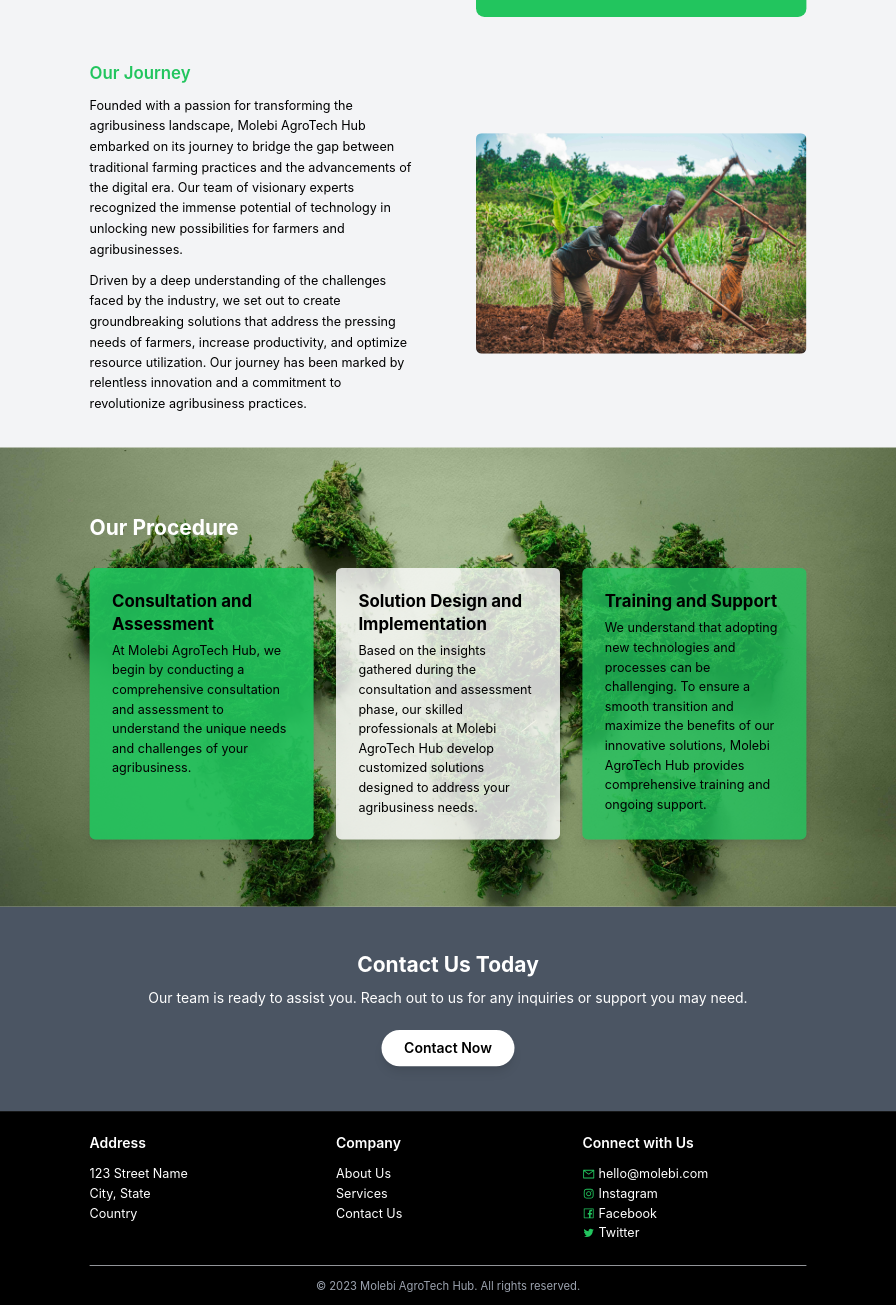
Repository: akinolapo/agric-tech
Page: /about
An editor plug-in stored every save of this project. The page is shown before and after the next save, followed by the edit.
The browser window is 1280 px wide. The pictures show the part of the page from y = 976 to 2896 px (the page is 2840 px tall before and 2896 px after), at 70% of full size.
The project was rebuilt for these pictures with package versions that can differ from the ones it lists, and the page was loaded fresh each time. Also part of the build but not shown: src/components/Hero.jsx, src/components/ImageText.jsx, src/components/TwoColumnMasonry.jsx, src/components/TwoColumnComponent.jsx, src/App.jsx.

Above is the page before, as saved 2023-05-28 20:43:33.

After the next save:
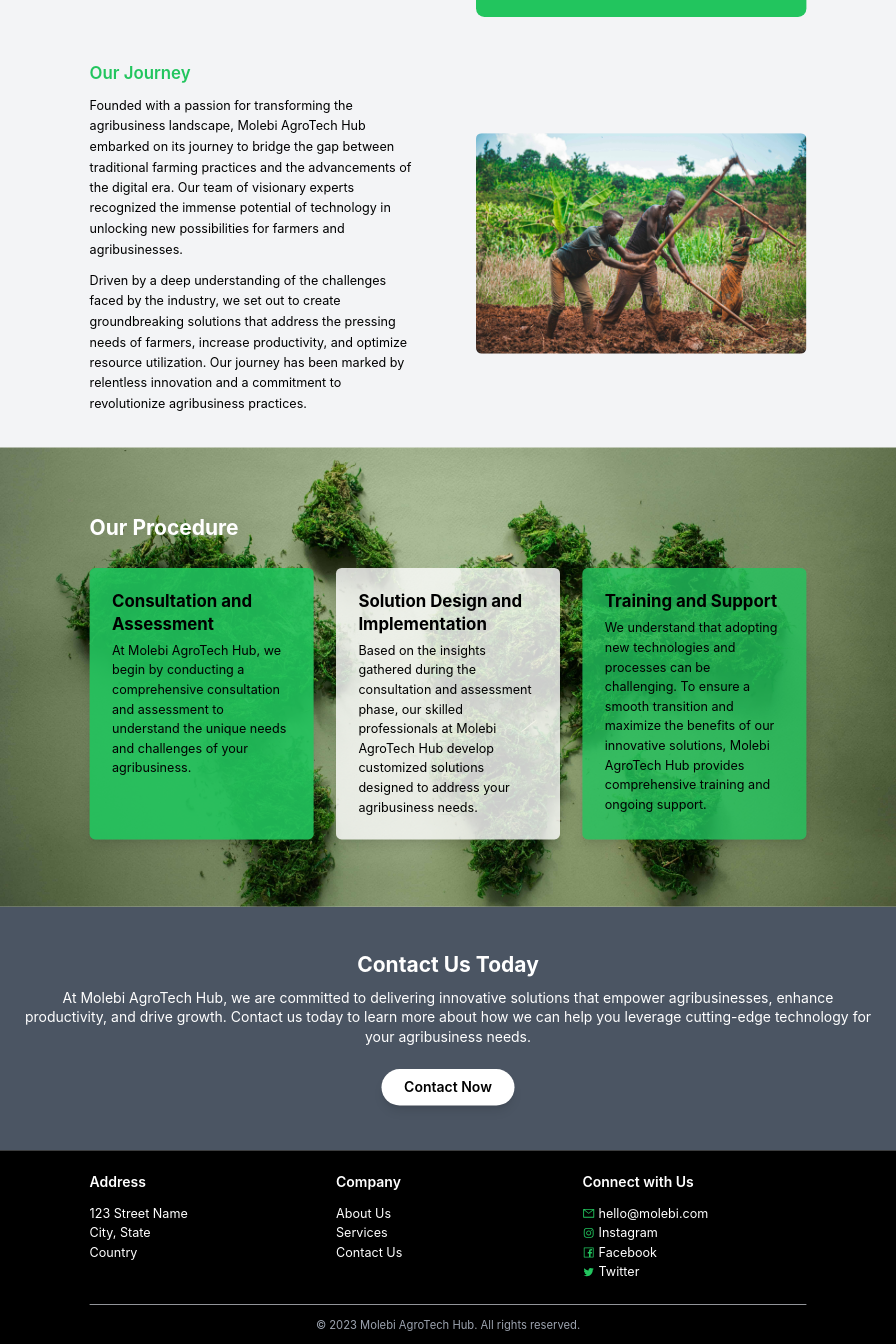
Saved 23 s later.
--- a/src/components/CTA.jsx
+++ b/src/components/CTA.jsx
@@ -5,7 +5,7 @@ const CTA = () => {
     <div className="text-white bg-gray-600 text-center py-8 px-4 sm:py-16 sm:px-8">
       <h3 className="text-3xl font-bold mb-4">Contact Us Today</h3>
       <p className="text-lg sm:text-xl mb-8">
-        Our team is ready to assist you. Reach out to us for any inquiries or support you may need.
+      At Molebi AgroTech Hub, we are committed to delivering innovative solutions that empower agribusinesses, enhance productivity, and drive growth. Contact us today to learn more about how we can help you leverage cutting-edge technology for your agribusiness needs.
       </p>
       <button className="bg-white text-black py-3 px-8 rounded-full shadow-lg font-semibold text-lg sm:text-xl hover:bg-gray-200 focus:outline-none focus:ring-2 focus:ring-offset-2 focus:ring-gray-400">
         Contact Now
